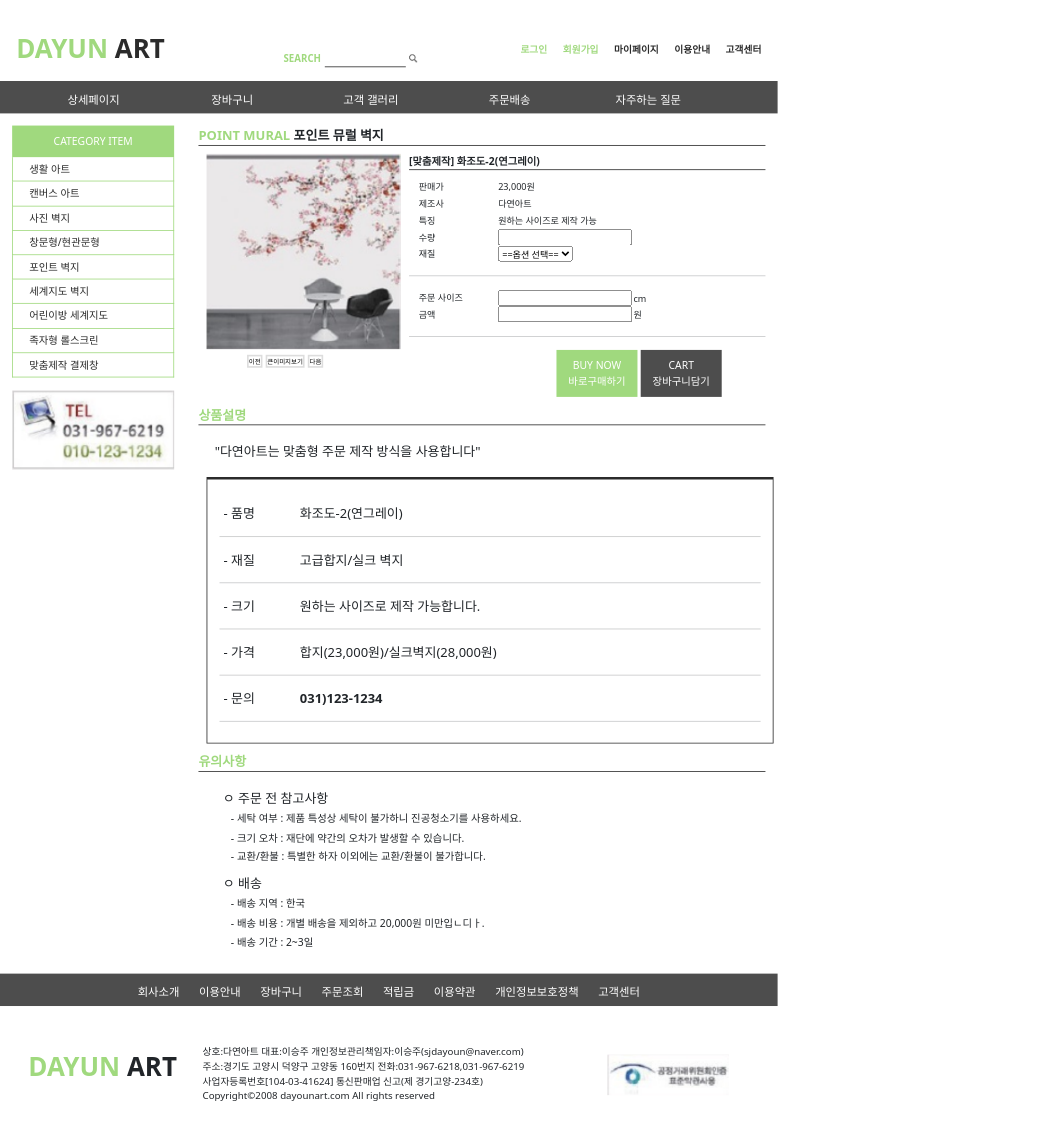
Repository: yeonddu/green_js
Page: pro01/public/bootstrap/product.html
An editor plug-in stored every save of this project. The page is shown before and after the next save, followed by the edit.
The browser window is 1280 px wide. The pictures show the whole page, at 81% of full size.

Above is the page before, as saved 2022-12-27 07:53:35.

### pro01/public/bootstrap/product.html
<!DOCTYPE html>
<html lang="ko">
<head>
<meta charset="utf-8">
<meta name="viewport" content="width=device-width, initial-scale=1">
<link rel="stylesheet" href="dayun.css">
<link rel="stylesheet" href="product.css">
<link href="https://cdn.jsdelivr.net/npm/bootstrap@5.2.3/dist/css/bootstrap.min.css" rel="stylesheet">

<title>Insert title here</title>

</head>
<body>
 <header>
	 <div id="top">
	 	 	<div class="logo"><a href="#"><span class="brand">DAYUN</span> ART</a></div>
			<div id="search">
				<div id="search-title">SEARCH</div>
				<input id="search-input" type="search">
				<a href="#"><img src="images/glass.png"></a>
			</div>
			<div id="top-menu">
				<ul>
					<li><a class="brand" href="#">로그인</a></li>
					<li><a class="brand" href="#">회원가입</a></li>
					<li><a href="#">마이페이지</a></li>
					<li><a href="#">이용안내</a></li>
					<li><a href="#">고객센터</a></li>
				</ul>
			</div>
		 </div>
	 <div id="main-menu">
	 	<ul>
	 		<li><a href="#">상세페이지</a></li>
	 		<li><a href="#">장바구니</a></li>
	 		<li><a href="#">고객 갤러리</a></li>
	 		<li><a href="#">주문배송</a></li>
	 		<li><a href="#">자주하는 질문</a></li>
	 	</ul>
	 </div>
</header>
<section>
	<div id="cont-left">
		<div id="cate">
			<div id="cate-title">CATEGORY ITEM</div>
			<ul>
			<li><a href="#">생활 아트</a></li>
			<li><a href="#">캔버스 아트</a></li>
			<li><a href="#">사진 벽지</a></li>
			<li><a href="#">창문형/현관문형</a></li>
			<li><a href="#">포인트 벽지</a></li>
			<li><a href="#">세계지도 벽지</a></li>
			<li><a href="#">어린이방 세계지도</a></li>
			<li><a href="#">족자형 롤스크린</a></li>
			<li><a href="#">맞춤제작 결제창</a></li>
			</ul>
		</div>

		<div id="tel">
			<img src="images/tel.png" alt="tel">
		</div>
	</div>
	<div id="cont-right">
		<div id="product">
			<div id="box1" >
				<div class="product-title"><span class="brand">POINT MURAL</span> 포인트 뮤럴 벽지</div>
				<div id="box1-left">
					<img src="images/product.png">
					<div id="img-btn">
						<button>이전</button>
						<button>큰이미지보기</button>
						<button>다음</button>
					</div>
				</div>
				<div id="box1-right">
					<div  class="product-title">[맞춤제작] 화조도-2(연그레이)</div>
					<table>
						<tr>
							<td>판매가</td>
							<td>23,000원</td>
						</tr>
						<tr>
							<td>제조사</td>
							<td>다연아트</td>
						</tr>
						<tr>
							<td>특징</td>
							<td>원하는 사이즈로 제작 가능</td>
						</tr>
						<tr>
							<td>수량</td>
							<td><input type="text"></td>
						</tr>
						<tr>
							<td>재질</td>
							<td><select>
								<option selected>==옵션 선택==</option>
								<option>옵션 1</option>
								<option>옵션 2</option>
								<option>옵션 3</option>
							</select></td>
						</tr>
					</table>
					<hr>
					<table>
						<tr>
							<td>주문 사이즈</td>
							<td><input type="text">cm</td>
						</tr>
						<tr>
							<td>금액</td>
							<td><input type="text">원</td>
						</tr>
					</table>
					<hr>
					<div id="box1-btn1"><a href="#">BUY NOW<br>바로구매하기</a></div>
					<div id="box1-btn2"><a href="#">CART<br>장바구니담기</a></div>

				</div>
			</div>
			<div id="box2" >
				<div class="product-title"><span class="brand">상품설명</span></div>
				<div>
					<div id="box2-title">"다연아트는 맞춤형 주문 제작 방식을 사용합니다"</div>
					<div id="box2-content">
						<p>- 품명</p>
						<p>화조도-2(연그레이)</p>
						<hr>
						<p>- 재질</p>
						<p>고급합지/실크 벽지</p>
						<hr>
						<p>- 크기</p>
						<p>원하는 사이즈로 제작 가능합니다.</p>
						<hr>
						<p>- 가격</p>
						<p>합지(23,000원)/실크벽지(28,000원)</p>
						<hr>
						<p>- 문의</p>
						<p><b>031)123-1234</b></p>
						<hr>
					</div>
<!-- 					<table>
						<tr>
							<td></td>
						</tr>
						<tr>
							<td>- 품명</td>
							<td>화조도-2(연그레이)</td>
						</tr>
						<tr>
							<td>- 재질</td>
							<td>고급합지/실크 벽지</td>
						</tr>
						<tr>
							<td>- 크기</td>
							<td>원하는 사이즈로 제작 가능합니다.</td>
						</tr>
						<tr>
							<td>- 가격</td>
							<td>합지(23,000원)/실크벽지(28,000원)</td>
						</tr>
						<tr>
							<td>- 문의</td>
							<td><b>031)123-1234</b></td>
						</tr>
						<tr>
							<td></td>
						</tr>
					</table>
 -->				</div>
			</div>
			<div id="box3" >
				<div class="product-title"><span class="brand">유의사항</span></div>
				<div id="box3-content">
					<div>ㅇ 주문 전 참고사항</div>
						<p>- 세탁 여부 : 제품 특성상 세탁이 불가하니 진공청소기를 사용하세요.</p>
						<p>- 크기 오차 : 재단에 약간의 오차가 발생할 수 있습니다.</p>
						<p>- 교환/환불 : 특별한 하자 이외에는 교환/환불이 불가합니다.</p>
					<div>ㅇ 배송</div>
						<p>- 배송 지역 : 한국</p>
						<p>- 배송 비용 : 개별 배송을 제외하고 20,000원 미만입ㄴ디ㅏ.</p>
						<p>- 배송 기간 : 2~3일</p>
				</div>
			</div>
		</div>
	</div>
		<div id="bottom-menu">
	 	<ul>
	 		<li><a href="#">회사소개</a></li>
	 		<li><a href="#">이용안내</a></li>
	 		<li><a href="#">장바구니</a></li>
	 		<li><a href="#">주문조회</a></li>
	 		<li><a href="#">적립금</a></li>
	 		<li><a href="#">이용약관</a></li>
	 		<li><a href="#">개인정보보호정책</a></li>
	 		<li><a href="#">고객센터</a></li>
	 	</ul>
	 </div>
</section>
<footer>
	<div class="logo"><span class="brand">DAYUN</span> ART</div>
	<div id="item2">상호:다연아트 대표:이승주 개인정보관리책임자:이승주(sjdayoun@naver.com)<br>
		주소:경기도 고양시 덕양구 고양동 160번지 전화:031-967-6218,031-967-6219<br>
		사업자등록번호[104-03-41624] 통신판매업 신고(제 경기고양-234호)<br>
		Copyright©2008 dayounart.com All rights reserved
	</div>
	<img src="images/certi.png" alt="공정거래위원회인증표준약관사용">
</footer>
</body>
</html>

### pro01/public/bootstrap/dayun.css
@charset "EUC-KR";

* {
	margin:0;
	padding:0;
}

body {
	background:#F0F0F0;
	width:960px;
}
.brand {
	color:#A0D97E;
}

header a {
	text-decoration:none;
	color:#2B2B2B;
}
header #top {
	height:100px;
	position:relative;
}
header .logo {
	font-size:2em;
	position:relative;
	top:35px;
	left:20px;
	font-weight:bold;
}

header #search {
	position:relative;
	top:10px;
	left:350px;
	display:block;
	float:left;
	color:#A0D97E;
}

header #search-title {
	display:inline-block;
	font-size:12px;
	font-weight:bold;
}

header #search-input {
	border:none;
	border-bottom:1px solid #2B2B2B;
	background:none;
	width:100px;
}

header #top-menu {
	position:relative;
	float:right;
	margin: 0 10px;
}
header #top-menu ul li{
	display:inline-block;
	font-size:12px;
	margin-right:5px;
	padding:5px;
	font-weight:bold;
}

header #main-menu {
	height:40px;
	background:#4D4D4D;
	justify-content:center;
}

header #main-menu ul li {
	list-style:none;
	display:inline-block;
	width:18%;
	padding:10px;
	text-align:center;

}
header #main-menu a {
	color:white;
	font-size:14px;
}

section #bottom-menu {
	position:relative;
	clear:both;
	height:40px;
	background:#4D4D4D;

}

#bottom-menu ul {
	padding:10px;
	text-align:center;
}

section #bottom-menu ul li {
	display:inline-block;
	list-style:none;

}
section #bottom-menu a {
	color:white;
	text-decoration:none;
	font-size:14px;
	padding:10px;
}

footer .logo {
	font-size:2em;
	position:relative;
	top:50px;
	left:35px;
	font-weight:bold;
}

footer #item2 {
	position:relative;
	top:0px;
	left:250px;
	font-size:12px;
}

footer img {
	position:relative;
	left:750px;
	top:-60px;
	width:150px;
}

### pro01/public/bootstrap/product.css
@charset "EUC-KR";

section #cont-left {
	float:left;
	margin:10px;
	padding:5px;
}

section #cate #cate-title {
	background:#A0D97E;
	color:white;
	width:200px;
	margin:0;
	padding:10px 5px;
}

section #cate-title {
	text-align:center;
	font-size:0.8em;
}

section #cate ul {
	padding:0;
}
section #cate li {
	border :1px solid #A0D97E;
	border-top:none;
	list-style:none;
	width:200px;
	padding:5px 5px 5px 20px;
	font-size:0.8em;
}

section #cate a {
	text-decoration:none;
	color:#2B2B2B;
}

section #tel img {
	width:200px;
}
section #cont-right {
	float:left;
	margin:10px;
	padding:5px;
}

section #product {
	width:700px;

}
section .product-title {
	font-weight:bold;
	border-bottom: 1px solid #2B2B2B;
}

#box1-left {
	float:left;
	margin:10px;
}

#box1-left img {
	width:240px;
}
#box1-left #img-btn {
	position:relative;
	left:50px;
}

#box1-left button {
	background:white;
	border:2px solid #ddd;
	font-size:0.5em;
}

#box1-right {
	float:left;
	margin:10px 0;
	width:440px;
}

#box1-right .product-title {
	font-size:0.8em;
}
#box1-right table {
	margin:10px;
	font-size:0.7em;
}

#box1-right table td:first-child {
	width:100px;
	padding:2px;
}

#box1-right table input {
	height:20px;
	margin-right:2px;
}

#box1 #box1-btn1, #box1-btn2 {
	width:100px;
	padding:10px;
	margin:0 2px;
	float:left;
	font-size:0.8em;
	position:relative;
	left:180px;
	text-align:center;

}
#box1 #box1-btn1 a , #box1-btn2 a {
	color:white;
	text-decoration:none;
}
#box1 #box1-btn1 {
	background:#A0D97E;
}
#box1 #box1-btn2 {
	background:#A0D97E;
	background:#4D4D4D;
}

#box2 {
	clear:both;
}

#box2 #box2-title {
	margin:20px;
}

#box2 #box2-content {
	border:1px solid #2B2B2B;
	border-top:3px solid #2B2B2B;
	margin:10px;
	width:700px;
	padding:30px 15px 10px 15px;

}

#box2 #box2-content p {
	display:inline-block;
	margin:5px;
	line-height:0.4;
}
#box2 #box2-content p:nth-child(3n+1) {
	width:80px;
}


/* #box2 table {
	border:1px solid #2B2B2B;
	border-top:2px solid #2B2B2B;
	margin:5px;
	width:700px;
}

#box2 table td:first-child {
	width:100px;
	padding:10px;
	font-weight:bold;
}
 */
#box3 #box3-content {
	margin:20px;

}

#box3 #box3-content div {
	margin:10px;
}

#box3 #box3-content p {
	text-indent:20px;
	line-height:0.6;
	font-size:0.8em;
}

section #bottom-menu {
	position:relative;
	clear:both;
	height:40px;
	background:#4D4D4D;

}

After the next save:
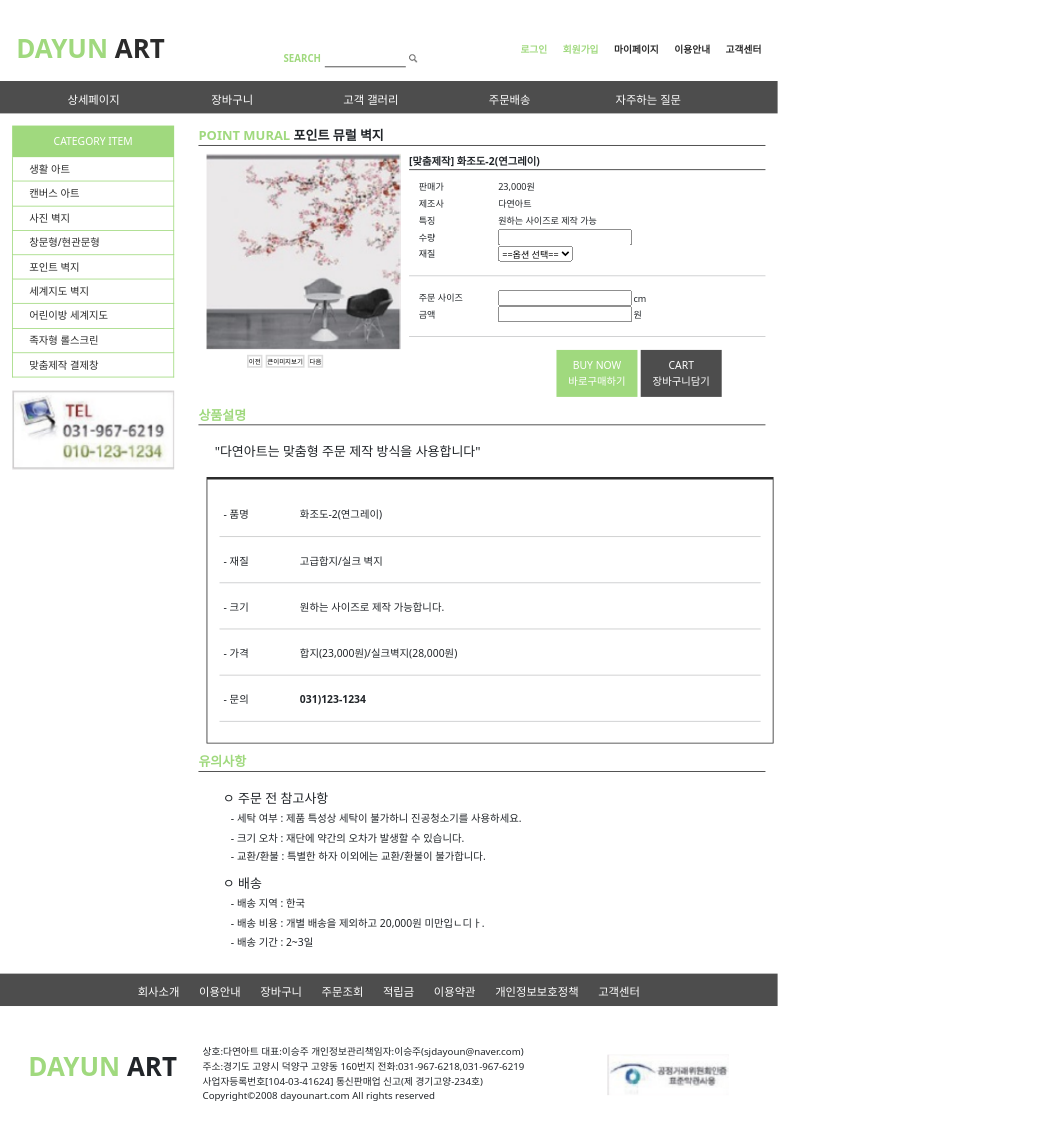
Saved 12 s later.
--- a/pro01/public/bootstrap/product.css
+++ b/pro01/public/bootstrap/product.css
@@ -140,6 +140,7 @@ section .product-title {
 #box2 #box2-content p {
 	display:inline-block;
 	margin:5px;
+	font-size:0.8em;
 	line-height:0.4;
 }
 #box2 #box2-content p:nth-child(3n+1) {
